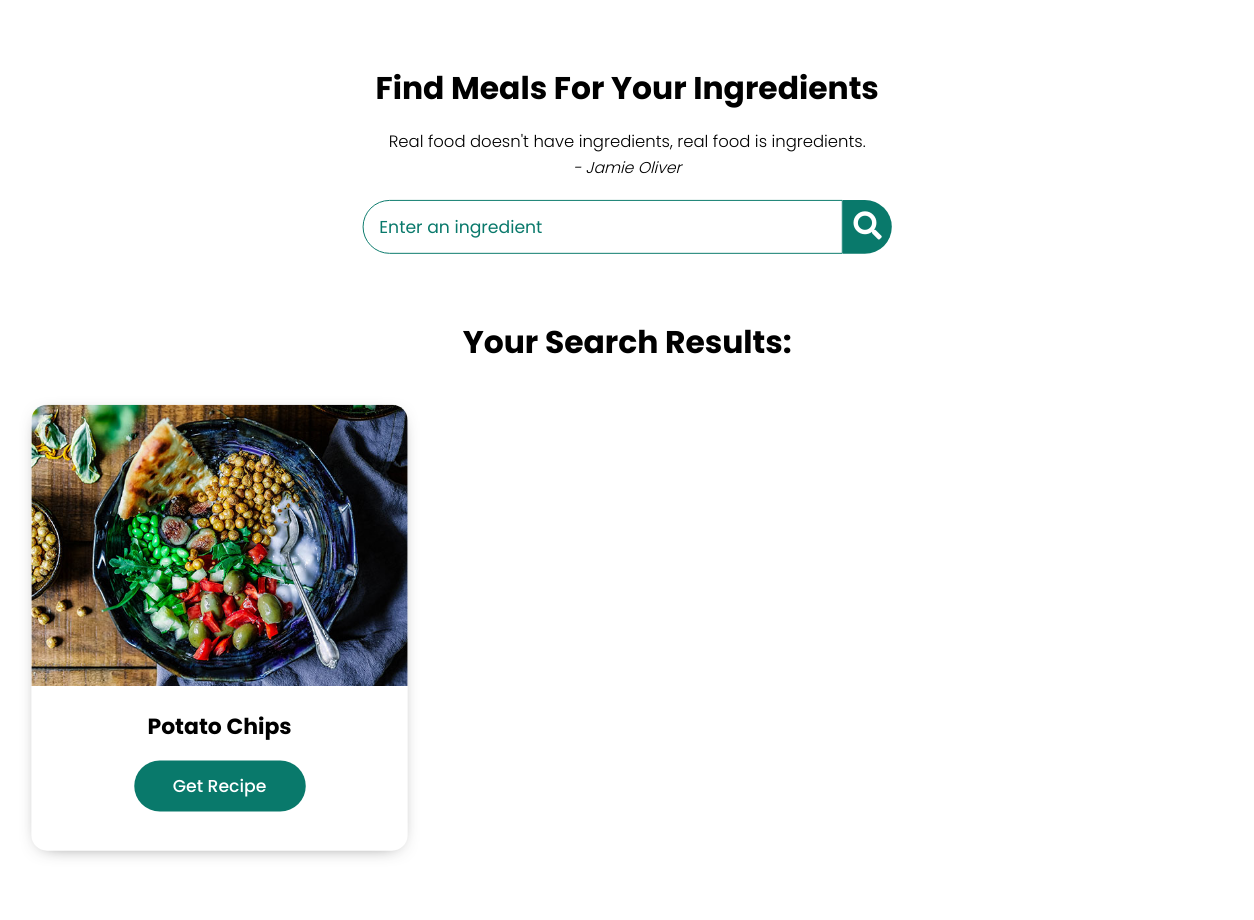
Repository: andrewhuynh561/javascipt
Page: Day 1/index.html
An editor plug-in stored every save of this project. The page is shown before and after the next save, followed by the edit.
The browser window is 1280 px wide. The pictures show the whole page, at 98% of full size.

Above is the page before, as saved 2023-05-19 20:21:33.

### Day 1/index.html
<!DOCTYPE html>
<html lang="en">
<head>
  <meta charset="UTF-8">
  <meta name="viewport" content="width=device-width, initial-scale=1.0">
  <title>Find Meal For Your Ingredients</title>
  <link rel="stylesheet" href="https://cdnjs.cloudflare.com/ajax/libs/font-awesome/5.15.1/css/all.min.css" integrity="sha512-+4zCK9k+qNFUR5X+cKL9EIR+ZOhtIloNl9GIKS57V1MyNsYpYcUrUeQc9vNfzsWfV28IaLL3i96P9sdNyeRssA==" crossorigin="anonymous" />
  <link rel = "stylesheet" href = "style.css">
</head>
<body>

  <div class = "container">
    <div class = "meal-wrapper">
      <div class = "meal-search">
        <h2 class = "title">Find Meals For Your Ingredients</h2>
        <blockquote>Real food doesn't have ingredients, real food is ingredients.<br>
          <cite>- Jamie Oliver</cite>
        </blockquote>

        <div class = "meal-search-box">
          <input type = "text" class = "search-control" placeholder="Enter an ingredient" id = "search-input">
          <button type = "submit" class = "search-btn btn" id = "search-btn">
            <i class = "fas fa-search"></i>
          </button>
        </div>
      </div>

      <div class = "meal-result">
        <h2 class = "title">Your Search Results:</h2>
        <div id= "meal">
          <!-- meal item -->
          <div class = "meal-item">
            <div class = "meal-img">
              <img src = "blog1.jpg" alt = "food">
            </div>
            <div class = "meal-name">
              <h3>Potato Chips</h3>
              <a href = "#" class = "recipe-btn">Get Recipe</a>
            </div>
          </div>
          <!-- end of meal item -->
        </div>
      </div>


      <div class = "meal-details">
        <!-- recipe close btn -->
        <button type = "button" class = "btn recipe-close-btn" id = "recipe-close-btn">
          <i class = "fas fa-times"></i>
        </button>

        <!-- meal content -->
        <div class = "meal-details-content">
          <h2 class = "recipe-title">Meals Name Here</h2>
          <p class = "recipe-category">Category Name</p>
          <div class = "recipe-instruct">
            <h3>Instructions:</h3>
            <p>Lorem ipsum, dolor sit amet consectetur adipisicing elit. Quo blanditiis quis accusantium natus! Porro, reiciendis maiores molestiae distinctio veniam ratione ex provident ipsa, soluta suscipit quam eos velit autem iste!</p>
            <p>Lorem ipsum dolor sit amet consectetur adipisicing elit. Amet aliquam voluptatibus ad obcaecati magnam, esse numquam nisi ut adipisci in?</p>
          </div>
          <div class = "recipe-meal-img">
            <img src = "blog1.jpg" alt = "">
          </div>
          <div class = "recipe-link">
            <a href = "#" target = "_blank">Watch Video</a>
          </div>
        </div>
      </div>
    </div>
  </div>



  <script src = "app.js"></script>
</body>
</html>

### Day 1/style.css
@import url('https://fonts.googleapis.com/css2?family=Poppins:wght@200;300;400;500;600;700;800;900&display=swap');

*{
    padding: 0;
    margin: 0;
    box-sizing: border-box;
}
:root{
    --tenne-tawny: #09796b;
    --tenne-tawny-dark: #2dfdc7;
}
body{
    font-weight: 300;
    font-size: 1.05rem;
    line-height: 1.6;
    font-family: 'Poppins', sans-serif;
}

/*  */
.btn{
    font-family: inherit;
    cursor: pointer;
    outline: 0;
    font-size: 1.05rem;
}
.text{
    opacity: 0.8;
}
.title{
    font-size: 2rem;
    margin-bottom: 1rem;
}

/*  */
.container{
    min-height: 100vh;
}
.meal-wrapper{
    max-width: 1280px;
    margin: 0 auto;
    padding: 2rem;
    background: #fff;
    text-align: center;
}
.meal-search{
    margin: 2rem 0;
}
.meal-search cite{
    font-size: 1rem;
}
.meal-search-box{
    margin: 1.2rem 0;
    display: flex;
    align-items: stretch;
}
.search-control,
.search-btn{
    width: 100%;
}
.search-control{
    padding: 0 1rem;
    font-size: 1.1rem;
    font-family: inherit;
    outline: 0;
    border: 1px solid var(--tenne-tawny);
    color: var(--tenne-tawny);
    border-top-left-radius: 2rem;
    border-bottom-left-radius: 2rem;
}
.search-control::placeholder{
    color: var(--tenne-tawny);
}
.search-btn{
    width: 55px;
    height: 55px;
    font-size: 1.8rem;
    background: var(--tenne-tawny);
    color: #fff;
    border: none;
    border-top-right-radius: 2rem;
    border-bottom-right-radius: 2rem;
    transition: all 0.4s linear;
    -webkit-transition: all 0.4s linear;
    -moz-transition: all 0.4s linear;
    -ms-transition: all 0.4s linear;
    -o-transition: all 0.4s linear;
}
.search-btn:hover{
    background: var(--tenne-tawny-dark);
}
.meal-result{
    margin-top: 4rem;
}
#meal{
    margin: 2.4rem 0;
}
.meal-item{
    border-radius: 1rem;
    -webkit-border-radius: 1rem;
    -moz-border-radius: 1rem;
    -ms-border-radius: 1rem;
    -o-border-radius: 1rem;
    overflow: hidden;
    box-shadow: 0 4px 21px -12px rgba(0, 0, 0, 0.79);
    margin: 2rem 0;
}
.meal-img img{
    width: 100%;
    display: block;
}
.meal-name{
    padding: 1.5rem 0.5rem;
}
.meal-name h3{
    font-size: 1.4rem;
}
.recipe-btn{
    text-decoration: none;
    color: #fff;
    background: var(--tenne-tawny);
    font-weight: 500;
    font-size: 1.1rem;
    padding: 0.75rem 0;
    display: block;
    width: 175px;
    margin: 1rem auto;
    border-radius: 2rem;
    -webkit-border-radius: 2rem;
    -moz-border-radius: 2rem;
    -ms-border-radius: 2rem;
    -o-border-radius: 2rem;
    transition: all 0.4s linear;
    -webkit-transition: all 0.4s linear;
    -moz-transition: all 0.4s linear;
    -ms-transition: all 0.4s linear;
    -o-transition: all 0.4s linear;
}
.recipe-btn:hover{
    background: var(--tenne-tawny-dark);
}

/* meal details */
.meal-details{
    position: fixed;
    top: 50%;
    left: 50%;
    transform: translate(-50%, -50%);
    -webkit-transform: translate(-50%, -50%);
    -moz-transform: translate(-50%, -50%);
    -ms-transform: translate(-50%, -50%);
    -o-transform: translate(-50%, -50%);
    color: #fff;
    background: var(--tenne-tawny);
    border-radius: 1rem;
    -webkit-border-radius: 1rem;
    -moz-border-radius: 1rem;
    -ms-border-radius: 1rem;
    -o-border-radius: 1rem;
    width: 90%;
    height: 90%;
    overflow-y: scroll;
    display: none;
    padding: 2rem 0;
}
.meal-details::-webkit-scrollbar{
    width: 10px;
}
.meal-details::-webkit-scrollbar-thumb{
    background: #f0f0f0;
    border-radius: 2rem;
    -webkit-border-radius: 2rem;
    -moz-border-radius: 2rem;
    -ms-border-radius: 2rem;
    -o-border-radius: 2rem;
}


/* js related */
.showRecipe{
    display: block;
}

.meal-details-content{
    margin: 2rem;
}
.meal-details-content p:not(.recipe-category){
    padding: 1rem 0;
}
.recipe-close-btn{
    position: absolute;
    right: 2rem;
    top: 2rem;
    font-size: 1.8rem;
    background: #fff;
    border: none;
    width: 35px;
    height: 35px;
    border-radius: 50%;
    -webkit-border-radius: 50%;
    -moz-border-radius: 50%;
    -ms-border-radius: 50%;
    -o-border-radius: 50%;
    display: flex;
    align-items: center;
    justify-content: center;
    opacity: 0.9;
}
.recipe-title{
    letter-spacing: 1px;
    padding-bottom: 1rem;
}
.recipe-category{
    background: #fff;
    font-weight: 600;
    color: var(--tenne-tawny);
    display: inline-block;
    padding: 0.2rem 0.5rem;
    border-radius: 0.3rem;
    -webkit-border-radius: 0.3rem;
    -moz-border-radius: 0.3rem;
    -ms-border-radius: 0.3rem;
    -o-border-radius: 0.3rem;
}
.recipe-category{
    background: #fff;
    font-weight: 600;
    color: var(--tenne-tawny);
    display: inline-block;
    padding: 0.2rem 0.5rem;
    border-radius: 0.3rem;
    -webkit-border-radius: 0.3rem;
    -moz-border-radius: 0.3rem;
    -ms-border-radius: 0.3rem;
    -o-border-radius: 0.3rem;
}
.recipe-instruct{
    padding: 1rem 0;
}
.recipe-meal-img img{
    width: 100px;
    height: 100px;
    border-radius: 50%;
    -webkit-border-radius: 50%;
    -moz-border-radius: 50%;
    -ms-border-radius: 50%;
    -o-border-radius: 50%;
    margin: 0 auto;
    display: block;
}
.recipe-link{
    margin: 1.4rem 0;
}
.recipe-link a{
    color: #fff;
    font-size: 1.2rem;
    font-weight: 700;
    transition: all 0.4s linear;
    -webkit-transition: all 0.4s linear;
    -moz-transition: all 0.4s linear;
    -ms-transition: all 0.4s linear;
    -o-transition: all 0.4s linear;
}
.recipe-link a:hover{
    opacity: 0.8;
}


/*  */
.NotFound{
    grid-template-columns: 1fr!important;
    color: var(--tenne-tawny);
    font-size: 1.8rem;
    font-weight: 600;
    width: 100%;
}






/* Media Queries */
@media screen and (min-width: 600px){
    .meal-search-box{
        width: 540px;
        margin-left: auto;
        margin-right: auto;
    }
}

@media screen and (min-width: 768px){
    #meal{
        display: grid;
        grid-template-columns: repeat(2, 1fr);
        gap: 2rem;
    }
    .meal-item{
        margin: 0;
    }
    .meal-details{
        width: 700px;
    }
}

@media screen and (min-width: 992px){
    #meal{
        grid-template-columns: repeat(3, 1fr);
    }
}

### Day 1/app.js

const btn =document.getElementById('search-btn');
const result=document.getElementById("meal");
btn.addEventListener('click',print);

function print(){
    let html=``
    let get_input=document.getElementById('search-input').value.trim();
    fetch(`https://www.themealdb.com/api/json/v1/1/filter.php?i=${get_input}`)
    .then(Response => Response.json())
    .then(data => {
        if(data.meals){
            data.meals.forEach(meal => {
                html+=`
                <div class = "meal-item" data-id=${meal.idMeal}>
                    <div class = "meal-img">
                        <img src = "${meal.strMealThumb}" alt = "food">
                    </div>
                    <div class = "meal-name">
                        <h3>${meal.strMeal}</h3>
                        <a href = "#" class = "recipe-btn">Get Recipe</a>
                    </div>
                 </div> `;

            });
            result.classList.remove('NotFound');
        }else{
            html+=`Sorry, we didn't find any meal!`;
            result.classList.add('NotFound');
        }
        result.innerHTML=html;

    })
    .catch(error => {
        console.error('Error:', error);
      });
}

After the next save:
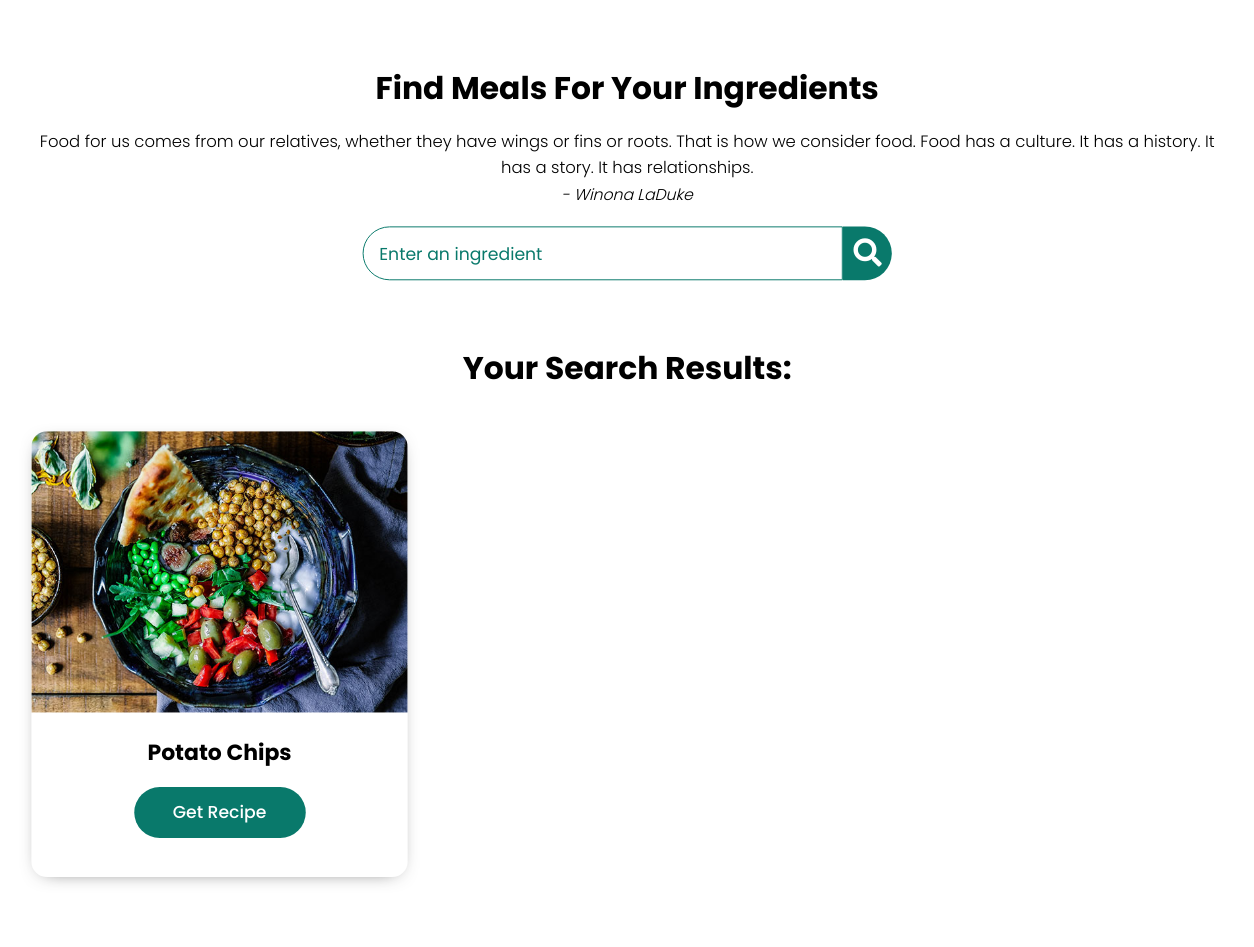
Saved 104 s later.
--- a/Day 1/index.html
+++ b/Day 1/index.html
@@ -13,8 +13,8 @@
     <div class = "meal-wrapper">
       <div class = "meal-search">
         <h2 class = "title">Find Meals For Your Ingredients</h2>
-        <blockquote>Real food doesn't have ingredients, real food is ingredients.<br>
-          <cite>- Jamie Oliver</cite>
+        <blockquote>Food for us comes from our relatives, whether they have wings or fins or roots. That is how we consider food. Food has a culture. It has a history. It has a story. It has relationships.<br>
+          <cite>- Winona LaDuke</cite>
         </blockquote>
 
         <div class = "meal-search-box">
